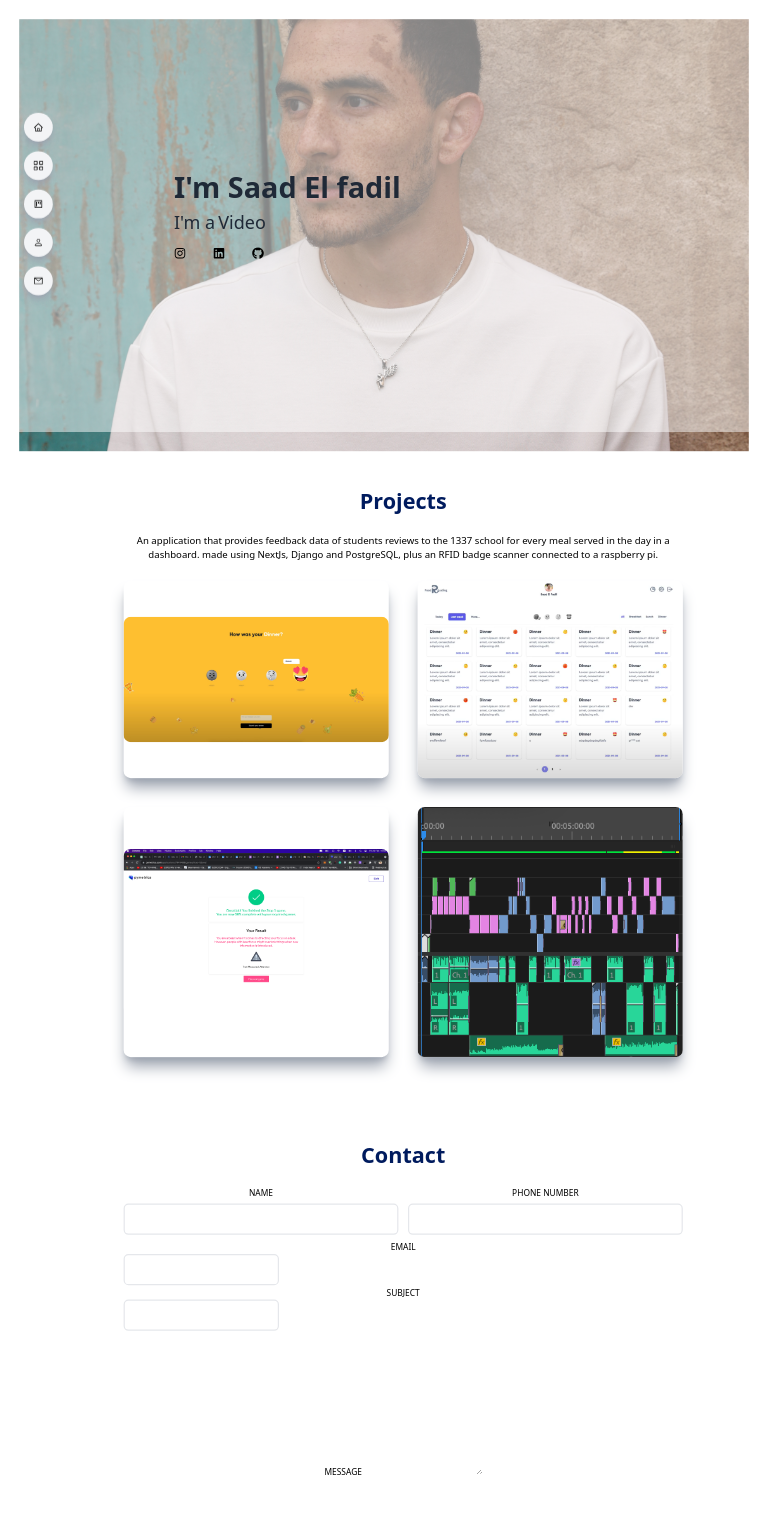
Repository: Saadelfadil/saadelfadil.github.io
Page: /
An editor plug-in stored every save of this project. The page is shown before and after the next save, followed by the edit.
The browser window is 1280 px wide. The pictures show the whole page, at 60% of full size.
The project was rebuilt for these pictures with package versions that can differ from the ones it lists, and the page was loaded fresh each time. Also part of the build but not shown: vite.config.js.

Above is the page before, as saved 2023-02-26 18:57:35.

### src/App.jsx
import './App.css'
import Sidenave from './components/Sidenave'
import Main from './components/Main'
import Projects from './components/Projects'
import Contact from './components/Contact'

function App() {

  return (
    <div>
      <Sidenave />
      <Main />
      <Projects />
      <Contact />
    </div>
  )
}

export default App

### src/components/Sidenave.jsx
import React, { useState } from "react";
import { AiOutlineHome, AiOutlineMail, AiOutlineMenu, AiOutlineProject } from "react-icons/ai"
import { GrProjects } from "react-icons/gr"
import { BsPerson } from "react-icons/bs"

const Sidenave = () => {
    const [nav, setNav] = useState(false)

    const handleNav = () => {
        setNav((prev) => prev = !nav);
    };

  return (
    <div>
        <AiOutlineMenu onClick={handleNav} className="absolute top-4 right-4 z-[100] md:hidden"/>
        {
            nav ? (
                <div className="fixed w-full h-screen bg-white/90 flex flex-col justify-center items-center z-20">
                    <a href="#main" className="w-[75%] flex justify-center rounded-full shadow-lg bg-gray-100 shadow-gray-400 m-2 p-4 cursor-pointer hover:scale-110 ease-in duration-200">
                        <AiOutlineHome size={20}/>
                        <span className="pl-4">Home</span>
                    </a>
                    <a href="#work" className="w-[75%] flex justify-center rounded-full shadow-lg bg-gray-100 shadow-gray-400 m-2 p-4 cursor-pointer hover:scale-110 ease-in duration-200">
                        <GrProjects size={20}/>
                        <span className="pl-4">Work</span>
                    </a>
                    <a href="#projects" className="w-[75%] flex justify-center rounded-full shadow-lg bg-gray-100 shadow-gray-400 m-2 p-4 cursor-pointer hover:scale-110 ease-in duration-200">
                        <AiOutlineProject size={20}/>
                        <span className="pl-4">Projects</span>
                    </a>
                    <a href="#main" className="w-[75%] flex justify-center rounded-full shadow-lg bg-gray-100 shadow-gray-400 m-2 p-4 cursor-pointer hover:scale-110 ease-in duration-200">
                        <BsPerson size={20}/>
                        <span className="pl-4">Resume</span>
                    </a>
                    <a href="#contact" className="w-[75%] flex justify-center rounded-full shadow-lg bg-gray-100 shadow-gray-400 m-2 p-4 cursor-pointer hover:scale-110 ease-in duration-200">
                        <AiOutlineMail size={20}/>
                        <span className="pl-4">Contact</span>
                    </a>
                </div>
            ) : ""
        }

        <div className="md:block hidden fixed top-[25%] z-10">
            <div className="flex flex-col">
                <a href="#main" className="rounded-full shadow-lg bg-gray-100 shadow-gray-400 m-2 p-4 cursor-pointer hover:scale-110 ease-in duration-300 ">
                    <AiOutlineHome />
                </a>
                <a href="#work" className="rounded-full shadow-lg bg-gray-100 shadow-gray-400 m-2 p-4 cursor-pointer hover:scale-110 ease-in duration-300 ">
                    <GrProjects />
                </a>
                <a href="#projects" className="rounded-full shadow-lg bg-gray-100 shadow-gray-400 m-2 p-4 cursor-pointer hover:scale-110 ease-in duration-300 ">
                    <AiOutlineProject />
                </a>
                <a href="#main" className="rounded-full shadow-lg bg-gray-100 shadow-gray-400 m-2 p-4 cursor-pointer hover:scale-110 ease-in duration-300 ">
                    <BsPerson />
                </a>
                <a href="#contact" className="rounded-full shadow-lg bg-gray-100 shadow-gray-400 m-2 p-4 cursor-pointer hover:scale-110 ease-in duration-300 ">
                    <AiOutlineMail />
                </a>
            </div>
        </div>
    </div>
  )
};

export default Sidenave;

### src/components/Main.jsx
import React from "react";
import { TypeAnimation } from "react-type-animation"
import { FaGithub, FaInstagram, FaLinkedin } from "react-icons/fa"

const Main = () => {
  return (
    <div id="main">
        <img className="w-full h-screen object-cover object-right " src="/src/assets/saadelfadil.jpg" alt="saadelfadil" />
        <div className="w-full h-screen absolute top-0 left-0 bg-white/50 ">
            <div className="max-w-[700px] m-auto h-full w-full flex flex-col justify-center lg:items-start items-center ">
                <h1 className="sm:text-5xl text-4xl font-bold text-gray-800">I'm Saad El fadil</h1>
                <h2 className="flex sm:text-3xl text-2xl pt-4 text-gray-800">I'm a
                    <TypeAnimation
                        sequence={[
                            'Software Engineer', // Types 'One'
                            1000, // Waits 1s
                            'Videomaker', // Deletes 'One' and types 'Two'
                            2000, // Waits 2s
                        ]}
                        wrapper="div"
                        cursor={true}
                        repeat={Infinity}
                        style={{ fontSize: '1em', paddingLeft: "5px" }}
                    />
                </h2>
                <div className="flex justify-between pt-6 max-w-[150px] w-full">
                        <FaInstagram size={20} className="cursor-pointer"/>
                        <FaLinkedin size={20} className="cursor-pointer"/>
                        <FaGithub size={20} className="cursor-pointer"/>
                </div>
            </div>
        </div>
    </div>
  )
};

export default Main;

### src/components/Projects.jsx
import React from "react";
import ProjectItem from "./ProjectItem";
import img from "../assets/1337_foodback.png";
import img2 from "../assets/1337_foodback_2.png";
import img3 from "../assets/1337_foodback_3.png";
import img4 from "../assets/1337_foodback_4.png";


const Projects = () => {
  return (
    <div id="projects" className="max-w-[1028px] m-auto md:pl-20 p-4 py-16">
        <h1 className="text-4xl font-bold text-center text-[#001b5e] ">Projects</h1>
        <p className="text-center py-8">
            An application that provides feedback data of students reviews to the 1337 school for every meal served in the day in a dashboard. made using NextJs, Django and PostgreSQL, plus an RFID badge scanner connected to a raspberry pi.
        </p>
        <div className="grid sm:grid-cols-2 gap-12">
            <ProjectItem img={img} title="1337 FoodBack"/>
            <ProjectItem img={img2} title="App 2"/>
            <ProjectItem img={img3} title="App 3"/>
            <ProjectItem img={img4} title="App 4"/>
        </div>
    </div>
  )
};

export default Projects;

### src/components/Contact.jsx
import React from "react";

const Contact = () => {
  return (
    <div id="contact" className="max-w-[1028px] m-auto md:pl-20 p-4 py-16">
        <h1 className="py-4 text-4xl font-bold text-center text-[#001b5e]">
            Contact
        </h1>
        <form action="" method="POST" encType="multipart/form-data" >
            <div className="grid md:grid-cols-2 gap-4 w-full py-2">
                <div className="flex flex-col">
                    <label className="uppercase text-sm py-2" htmlFor="">Name</label>
                    <input className="border-2 rounded-lg p-3 flex border-gray-200 " type="text" name="name" />
                </div>
                <div className="flex flex-col">
                    <label className="uppercase text-sm py-2" htmlFor="">Phone Number</label>
                    <input className="border-2 rounded-lg p-3 flex border-gray-200 " type="text" name="phone" />
                </div>
            </div>
            <div className="">
                <label className="uppercase text-sm py-2" htmlFor="">Email</label>
                <input className="border-2 rounded-lg p-3 flex border-gray-200 " type="email" name="email"/>
            </div>
            <div>
                <label className="uppercase text-sm py-2" htmlFor="">Subject</label>
                <input className="border-2 rounded-lg p-3 flex border-gray-200 " type="text" name="subject"/>
            </div>
            <div>
                <label className="uppercase text-sm py-2" htmlFor="">Message</label>
                <textarea rows='10' name="message"></textarea>
            </div>

        </form>
    </div>
  )
};

export default Contact;

### src/components/ProjectItem.jsx
import React from "react";

const ProjectItem = ({img, title}) => {
  return (
    <div className="relative flex items-center justify-center w-full h-auto shadow-xl shadow-gray-400 rounded-xl group hover:bg-gradient-to-r from-gray-200 to-[#001b5e]">
        <img src={img} alt="/" className="rounded-xl group-hover:opacity-10" />
        <div className="hidden group-hover:block absolute top-[50%] left-[50%] translate-x-[-50%] translate-y-[-50%] ">
            <h3 className="text-xl font-bold text-white  text-center">
                {title}
            </h3>
            <p className="pb-4 pt-2 text-white text-center">React Js</p>
            <a href="/">
                <p className="text-center p-2 rounded-lg bg-white text-gray-700 font-bold cursor-pointer text-sm">More Info</p>
            </a>
        </div>
    </div>
  )
};

export default ProjectItem;

Loaded but not shown: index.html (common file); src/main.jsx (common file); src/index.css (common file); src/App.css (common file); tailwind.config.cjs (common file)

After the next save:
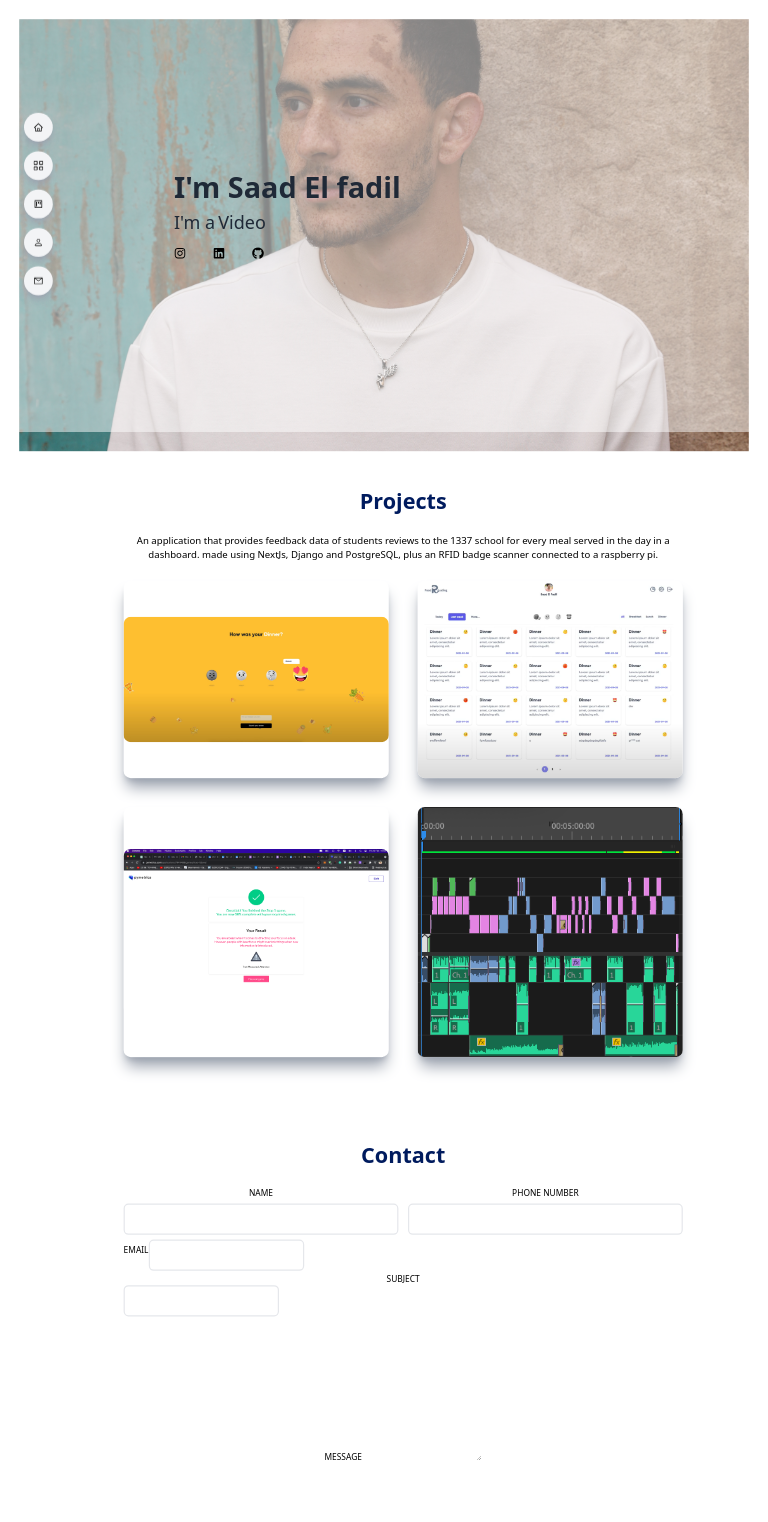
Saved 4 s later.
--- a/src/components/Contact.jsx
+++ b/src/components/Contact.jsx
@@ -17,7 +17,7 @@ const Contact = () => {
                     <input className="border-2 rounded-lg p-3 flex border-gray-200 " type="text" name="phone" />
                 </div>
             </div>
-            <div className="">
+            <div className="flex">
                 <label className="uppercase text-sm py-2" htmlFor="">Email</label>
                 <input className="border-2 rounded-lg p-3 flex border-gray-200 " type="email" name="email"/>
             </div>
